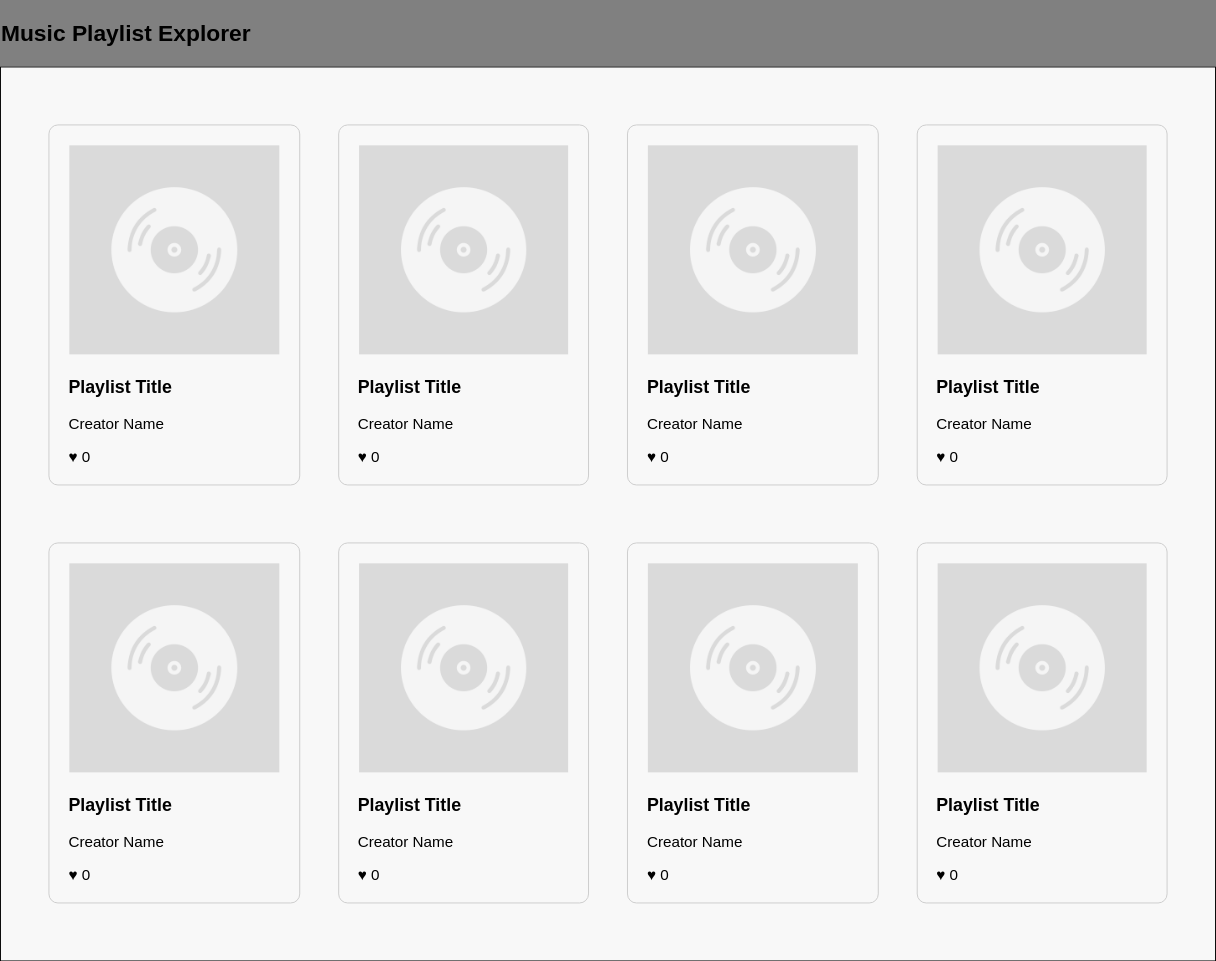
Repository: valentinaarojas/music-player-explorer
Page: index.html
These files come from the project's save history. The page is drawn as it stood at one moment and after a run of saves; the edit follows.
The browser window is 1280 px wide. The pictures show the whole page, at 95% of full size.

Above is the page before, as saved 2025-02-19 16:25:21.
Console error: SyntaxError: Unexpected token '{'

### index.html
<!DOCTYPE html>
<html lang="en">
<head>
    <meta charset="UTF-8">
    <meta name="viewport" content="width=device-width, initial-scale=1.0">

    <title>Music Playlist Explorer</title>
    <link rel="icon" type="image/x-icon" href="/images/favicon.ico">

    <link rel="stylesheet" href="style.css">
</head>
<body>
    <header>
        <!-- Your header content here -->
        <div class="banner">
            <h2>Music Playlist Explorer</h2>
        </div>
    </header>

    <main>
        <!-- Your main content here -->
        <div class="playlist-cards">
            <!-- card 1 -->
            <div class="playlist-card">
                <div class="playlist-cover">
                    <img src="assets/img/playlist.png" alt="placeholder" style="width: 100%">
                </div>
                <div class="playlist-info">
                    <h3 class="playlist-title">Playlist Title</h3>
                    <p class="creator-info">Creator Name</p>
                    <div class="like-count">
                        <span>♥</span>
                        <span>0</span>
                    </div>
                </div>
            </div>
            <!-- card 2 -->
            <div class="playlist-card">
                <div class="playlist-cover">
                    <img src="assets/img/playlist.png" alt="placeholder" style="width: 100%">
                </div>
                <div class="playlist-info">
                    <h3 class="playlist-title">Playlist Title</h3>
                    <p class="creator-info">Creator Name</p>
                    <div class="like-count">
                        <span>♥</span>
                        <span>0</span>
                    </div>
                </div>
            </div>
            <!-- card 3 -->
            <div class="playlist-card">
                <div class="playlist-cover">
                    <img src="assets/img/playlist.png" alt="placeholder" style="width: 100%">
                </div>
                <div class="playlist-info">
                    <h3 class="playlist-title">Playlist Title</h3>
                    <p class="creator-info">Creator Name</p>
                    <div class="like-count">
                        <span>♥</span>
                        <span>0</span>
                    </div>
                </div>
            </div>
            <!-- card 4 -->
            <div class="playlist-card">
                <div class="playlist-cover">
                    <img src="assets/img/playlist.png" alt="placeholder" style="width: 100%">
                </div>
                <div class="playlist-info">
                    <h3 class="playlist-title">Playlist Title</h3>
                    <p class="creator-info">Creator Name</p>
                    <div class="like-count">
                        <span>♥</span>
                        <span>0</span>
                    </div>
                </div>
            </div>
            <!-- card 5 -->
            <div class="playlist-card">
                <div class="playlist-cover">
                    <img src="assets/img/playlist.png" alt="placeholder" style="width: 100%">
                </div>
                <div class="playlist-info">
                    <h3 class="playlist-title">Playlist Title</h3>
                    <p class="creator-info">Creator Name</p>
                    <div class="like-count">
                        <span>♥</span>
                        <span>0</span>
                    </div>
                </div>
            </div>
            <!-- card 6 -->
            <div class="playlist-card">
                <div class="playlist-cover">
                    <img src="assets/img/playlist.png" alt="placeholder" style="width: 100%">
                </div>
                <div class="playlist-info">
                    <h3 class="playlist-title">Playlist Title</h3>
                    <p class="creator-info">Creator Name</p>
                    <div class="like-count">
                        <span>♥</span>
                        <span>0</span>
                    </div>
                </div>
            </div>
             <!-- card 7 -->
             <div class="playlist-card">
                <div class="playlist-cover">
                    <img src="assets/img/playlist.png" alt="placeholder" style="width: 100%">
                </div>
                <div class="playlist-info">
                    <h3 class="playlist-title">Playlist Title</h3>
                    <p class="creator-info">Creator Name</p>
                    <div class="like-count">
                        <span>♥</span>
                        <span>0</span>
                    </div>
                </div>
            </div>
             <!-- card 8 -->
             <div class="playlist-card">
                <div class="playlist-cover">
                    <img src="assets/img/playlist.png" alt="placeholder" style="width: 100%">
                </div>
                <div class="playlist-info">
                    <h3 class="playlist-title">Playlist Title</h3>
                    <p class="creator-info">Creator Name</p>
                    <div class="like-count">
                        <span>♥</span>
                        <span>0</span>
                    </div>
                </div>
            </div>
        </div>
    </main>

    <footer>
        <!-- Your footer content here -->
        <div class="footer"></div>
    </footer>
    <script src="data/data.js"></script>
    <script src="script.js"></script>
</body>
</html>

### style.css
body {
    font-family: 'Arial', sans-serif;
    margin: 0;
    padding: 0;
    background-color: #f8f8f8;
}

.banner {
    background-color: grey;
    padding: 1px;
}

.playlist-cards {
    display: grid;
    grid-template-columns: repeat(4, 1fr);
    padding: 30px;
    border: 1px solid rgb(0, 0, 0);
}

.playlist-card {
    padding: 20px;
    margin: 30px 20px;
    border-radius: 10px;
    border: 1px solid #ccc;
}

.playlist-cover {
    padding: 1px;
}

### data/data.js
let data = { "playlists": [
    {
      "playlistID": 0,
      "playlist_name": "Late Night Drive",
      "playlist_creator": "Melody Maven",
      "playlist_art": "https://picsum.photos/id/36/200",
      "likeCount": 0,
      "songs": [
        {
          "songID": 0,
          "title": "Nightcall",
          "artist": "Kavinsky",
          "album": "Nightcall",
          "cover_art": "https://picsum.photos/id/43/200",
          "duration": "4:18"
        },
        {
          "songID": 1,
          "title": "Drive",
          "artist": "The Cars",
          "album": "Heartbeat City",
          "cover_art": "https://picsum.photos/id/45/200",
          "duration": "3:55"
        },
        {
          "songID": 2,
          "title": "Cruisin'",
          "artist": "Smokey Robinson",
          "album": "One Heartbeat",
          "cover_art": "https://picsum.photos/id/88/200",
          "duration": "4:30"
        },
        {
          "songID": 3,
          "title": "Night Moves",
          "artist": "Bob Seger",
          "album": "Night Moves",
          "cover_art": "https://picsum.photos/id/84/200",
          "duration": "5:25"
        },
        {
          "songID": 4,
          "title": "Moonlight Drive",
          "artist": "The Doors",
          "album": "Strange Days",
          "cover_art": "https://picsum.photos/id/122/200",
          "duration": "3:04"
        }
      ]
    },
    {
      "playlistID": 1,
      "playlist_name": "That Summer '16 Feeling",
      "playlist_creator": "Groove Guardian",
      "playlist_art": "https://picsum.photos/id/117/200",
      "likeCount": 10,
      "songs": [
        {
          "songID": 5,
          "title": "One Dance",
          "artist": "Drake",
          "album": "Views",
          "cover_art": "https://picsum.photos/id/21/200",
          "duration": "2:53"
        },
        {
          "songID": 6,
          "title": "Cheap Thrills",
          "artist": "Sia",
          "album": "This Is Acting",
          "cover_art": "https://picsum.photos/id/56/200",
          "duration": "3:31"
        },
        {
          "songID": 7,
          "title": "Don't Let Me Down",
          "artist": "The Chainsmokers ft. Daya",
          "album": "Collage",
          "cover_art": "https://picsum.photos/id/145/200",
          "duration": "3:28"
        },
        {
          "songID": 8,
          "title": "This Is What You Came For",
          "artist": "Calvin Harris ft. Rihanna",
          "album": "This Is What You Came For",
          "cover_art": "https://picsum.photos/id/160/200",
          "duration": "3:42"
        },
        {
          "songID": 9,
          "title": "Ride",
          "artist": "Twenty One Pilots",
          "album": "Blurryface",
          "cover_art": "https://picsum.photos/id/133/200",
          "duration": "3:34"
        }
      ]
    },
    {
      "playlistID": 2,
      "playlist_name": "Workout Beats",
      "playlist_creator": "Harmony Herald",
      "playlist_art": "https://picsum.photos/id/1077/200",
      "likeCount": 2,
      "songs": [
        {
          "songID": 10,
          "title": "Eye of the Tiger",
          "artist": "Survivor",
          "album": "Eye of the Tiger",
          "cover_art": "https://picsum.photos/id/593/200",
          "duration": "4:05"
        },
        {
          "songID": 11,
          "title": "Stronger",
          "artist": "Kanye West",
          "album": "Graduation",
          "cover_art": "https://picsum.photos/id/169/200",
          "duration": "5:12"
        },
        {
          "songID": 12,
          "title": "Lose Yourself",
          "artist": "Eminem",
          "album": "8 Mile Soundtrack",
          "cover_art": "https://picsum.photos/id/171/200",
          "duration": "5:26"
        },
        {
          "songID": 13,
          "title": "Uptown Funk",
          "artist": "Mark Ronson ft. Bruno Mars",
          "album": "Uptown Special",
          "cover_art": "https://picsum.photos/id/274/200",
          "duration": "4:30"
        },
        {
          "songID": 14,
          "title": "Can't Stop the Feeling!",
          "artist": "Justin Timberlake",
          "album": "Trolls (Original Motion Picture Soundtrack)",
          "cover_art": "https://picsum.photos/id/304/200",
          "duration": "3:56"
        }
      ]
    },
    {
      "playlistID": 3,
      "playlist_name": "Road Trip Anthems",
      "playlist_creator": "Playlist Pioneer",
      "playlist_art": "https://picsum.photos/id/314/200",
      "likeCount": 5,
      "songs": [
        {
          "songID": 15,
          "title": "Life Is a Highway",
          "artist": "Tom Cochrane",
          "album": "Mad Mad World",
          "cover_art": "https://picsum.photos/id/352/200",
          "duration": "4:26"
        },
        {
          "songID": 16,
          "title": "Born to Run",
          "artist": "Bruce Springsteen",
          "album": "Born to Run",
          "cover_art": "https://picsum.photos/id/361/200",
          "duration": "4:30"
        },
        {
          "songID": 17,
          "title": "Take It Easy",
          "artist": "Eagles",
          "album": "Eagles",
          "cover_art": "https://picsum.photos/id/365/200",
          "duration": "3:31"
        },
        {
          "songID": 18,
          "title": "Route 66",
          "artist": "Chuck Berry",
          "album": "Get Your Kicks on Route 66",
          "cover_art": "https://picsum.photos/id/371/200",
          "duration": "2:53"
        },
        {
          "songID": 19,
          "title": "On the Road Again",
          "artist": "Willie Nelson",
          "album": "Honeysuckle Rose",
          "cover_art": "https://picsum.photos/id/382/200",
          "duration": "2:33"
        }
      ]
    },
    {
      "playlistID": 4,
      "playlist_name": "Boss Chick Energy",
      "playlist_creator": "Tempo Tactician",
      "playlist_art": "https://picsum.photos/id/449/200",
      "likeCount": 0,
      "songs": [
        {
          "songID": 20,
          "title": "Run the World (Girls)",
          "artist": "Beyoncé",
          "album": "4",
          "cover_art": "https://picsum.photos/id/550/200",
          "duration": "3:56"
        },
        {
          "songID": 21,
          "title": "I'm Every Woman",
          "artist": "Chaka Khan",
          "album": "Chaka",
          "cover_art": "https://picsum.photos/id/646/200",
          "duration": "4:07"
        },
        {
          "songID": 22,
          "title": "Independent Women, Pt. 1",
          "artist": "Destiny's Child",
          "album": "Survivor",
          "cover_art": "https://picsum.photos/id/660/200",
          "duration": "3:41"
        },
        {
          "songID": 23,
          "title": "Confident",
          "artist": "Demi Lovato",
          "album": "Confident",
          "cover_art": "https://picsum.photos/id/680/200",
          "duration": "3:25"
        },
        {
          "songID": 24,
          "title": "Feeling Myself",
          "artist": "Nicki Minaj ft. Beyoncé",
          "album": "The Pinkprint",
          "cover_art": "https://picsum.photos/id/822/200",
          "duration": "3:57"
        }
      ]
    },
    {
      "playlistID": 5,
      "playlist_name": "Rainy Nights",
      "playlist_creator": "Sonic Sage",
      "playlist_art": "https://picsum.photos/id/115/200",
      "likeCount": 24,
      "songs": [
        {
          "songID": 25,
          "title": "Purple Rain",
          "artist": "Prince",
          "album": "Purple Rain",
          "cover_art": "https://picsum.photos/id/123/200",
          "duration": "8:41"
        },
        {
          "songID": 26,
          "title": "November Rain",
          "artist": "Guns N' Roses",
          "album": "Use Your Illusion I",
          "cover_art": "https://picsum.photos/id/171/200",
          "duration": "8:57"
        },
        {
          "songID": 27,
          "title": "Riders on the Storm",
          "artist": "The Doors",
          "album": "L.A. Woman",
          "cover_art": "https://picsum.photos/id/172/200",
          "duration": "7:14"
        },
        {
          "songID": 28,
          "title": "I Can't Stand the Rain",
          "artist": "Ann Peebles",
          "album": "I Can't Stand the Rain",
          "cover_art": "https://picsum.photos/id/178/200",
          "duration": "2:31"
        },
        {
          "songID": 29,
          "title": "Set Fire to the Rain",
          "artist": "Adele",
          "album": "21",
          "cover_art": "https://picsum.photos/id/680/200",
          "duration": "4:02"
        }
      ]
    },
    {
      "playlistID": 6,
      "playlist_name": "90's R&B",
      "playlist_creator": "Vinyl Virtuoso",
      "playlist_art": "https://picsum.photos/id/815/200",
      "likeCount": 3,
      "songs": [
        {
          "songID": 30,
          "title": "No Diggity",
          "artist": "Blackstreet ft. Dr. Dre",
          "album": "Another Level",
          "cover_art": "https://picsum.photos/id/856/200",
          "duration": "5:06"
        },
        {
          "songID": 31,
          "title": "Waterfalls",
          "artist": "TLC",
          "album": "CrazySexyCool",
          "cover_art": "https://picsum.photos/id/871/200",
          "duration": "4:39"
        },
        {
          "songID": 32,
          "title": "Creep",
          "artist": "TLC",
          "album": "CrazySexyCool",
          "cover_art": "https://picsum.photos/id/891/200",
          "duration": "4:29"
        },
        {
          "songID": 33,
          "title": "On Bended Knee",
          "artist": "Boyz II Men",
          "album": "II",
          "cover_art": "https://picsum.photos/id/1013/200",
          "duration": "4:05"
        },
        {
          "songID": 34,
          "title": "Fantasy",
          "artist": "Mariah Carey",
          "album": "Daydream",
          "cover_art": "https://picsum.photos/id/1014/200",
          "duration": "4:04"
        }
      ]
    },
    {
      "playlistID": 7,
      "playlist_name": "Nothing But The Classics",
      "playlist_creator": "Melody Maven",
      "playlist_art": "https://picsum.photos/id/22/200",
      "likeCount": 3,
      "songs": [
        {
          "songID": 35,
          "title": "Bohemian Rhapsody",
          "artist": "Queen",
          "album": "A Night at the Opera",
          "cover_art": "https://picsum.photos/id/39/200",
          "duration": "5:55"
        },
        {
          "songID": 36,
          "title": "Hotel California",
          "artist": "Eagles",
          "album": "Hotel California",
          "cover_art": "https://picsum.photos/id/57/200",
          "duration": "6:30"
        },
        {
          "songID": 37,
          "title": "Stairway to Heaven",
          "artist": "Led Zeppelin",
          "album": "Led Zeppelin IV",
          "cover_art": "https://picsum.photos/id/221/200",
          "duration": "8:02"
        },
        {
          "songID": 38,
          "title": "Sweet Child o' Mine",
          "artist": "Guns N' Roses",
          "album": "Appetite for Destruction",
          "cover_art": "https://picsum.photos/id/822/200",
          "duration": "5:55"
        },
        {
          "songID": 39,
          "title": "Imagine",
          "artist": "John Lennon",
          "album": "Imagine",
          "cover_art": "https://picsum.photos/id/823/200",
          "duration": "3:04"
        }
      ]
    },
    {
      "playlistID": 8,
      "playlist_name": "Ohh That Baseline",
      "playlist_creator": "Bassline Buddy",
      "playlist_art": "https://picsum.photos/id/836/200",
      "likeCount": 0,
      "songs": [
        {
          "songID": 40,
          "title": "Another One Bites the Dust",
          "artist": "Queen",
          "album": "The Game",
          "cover_art": "https://picsum.photos/id/839/200",
          "duration": "3:36"
        },
        {
          "songID": 41,
          "title": "Billie Jean",
          "artist": "Michael Jackson",
          "album": "Thriller",
          "cover_art": "https://picsum.photos/id/903/200",
          "duration": "4:54"
        },
        {
          "songID": 42,
          "title": "Superstition",
          "artist": "Stevie Wonder",
          "album": "Talking Book",
          "cover_art": "https://picsum.photos/id/978/200",
          "duration": "4:26"
        },
        {
          "songID": 43,
          "title": "Smooth Criminal",
          "artist": "Michael Jackson",
          "album": "Bad",
          "cover_art": "https://picsum.photos/id/1004/200",
          "duration": "4:17"
        },
        {
          "songID": 44,
          "title": "Money for Nothing",
          "artist": "Dire Straits",
          "album": "Brothers in Arms",
          "cover_art": "https://picsum.photos/id/1025/200",
          "duration": "8:26"
        }
      ]
    }
  ]
}

### script.js
body {
    font-family: 'Arial', sans-serif;
    margin: 0;
    padding: 0;
    background-color: #f8f8f8;
}

After the next 2 saves:
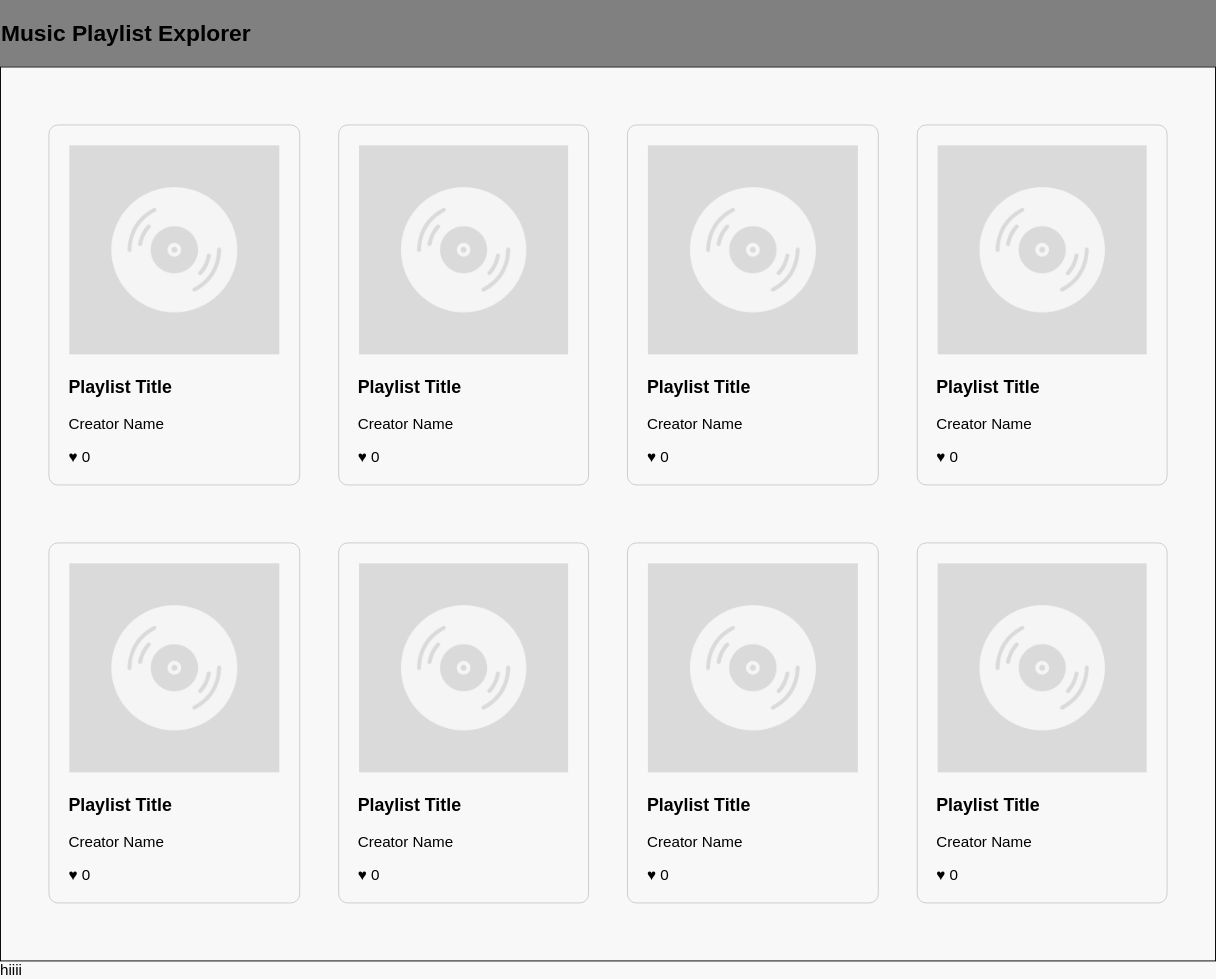
The 2 saves are shown as one change because they came seconds apart.
The last was saved 8 s later.
--- a/index.html
+++ b/index.html
@@ -137,7 +137,9 @@
 
     <footer>
         <!-- Your footer content here -->
-        <div class="footer"></div>
+        <div class="footer">
+            hiiii
+        </div>
     </footer>
     <script src="data/data.js"></script>
     <script src="script.js"></script>
